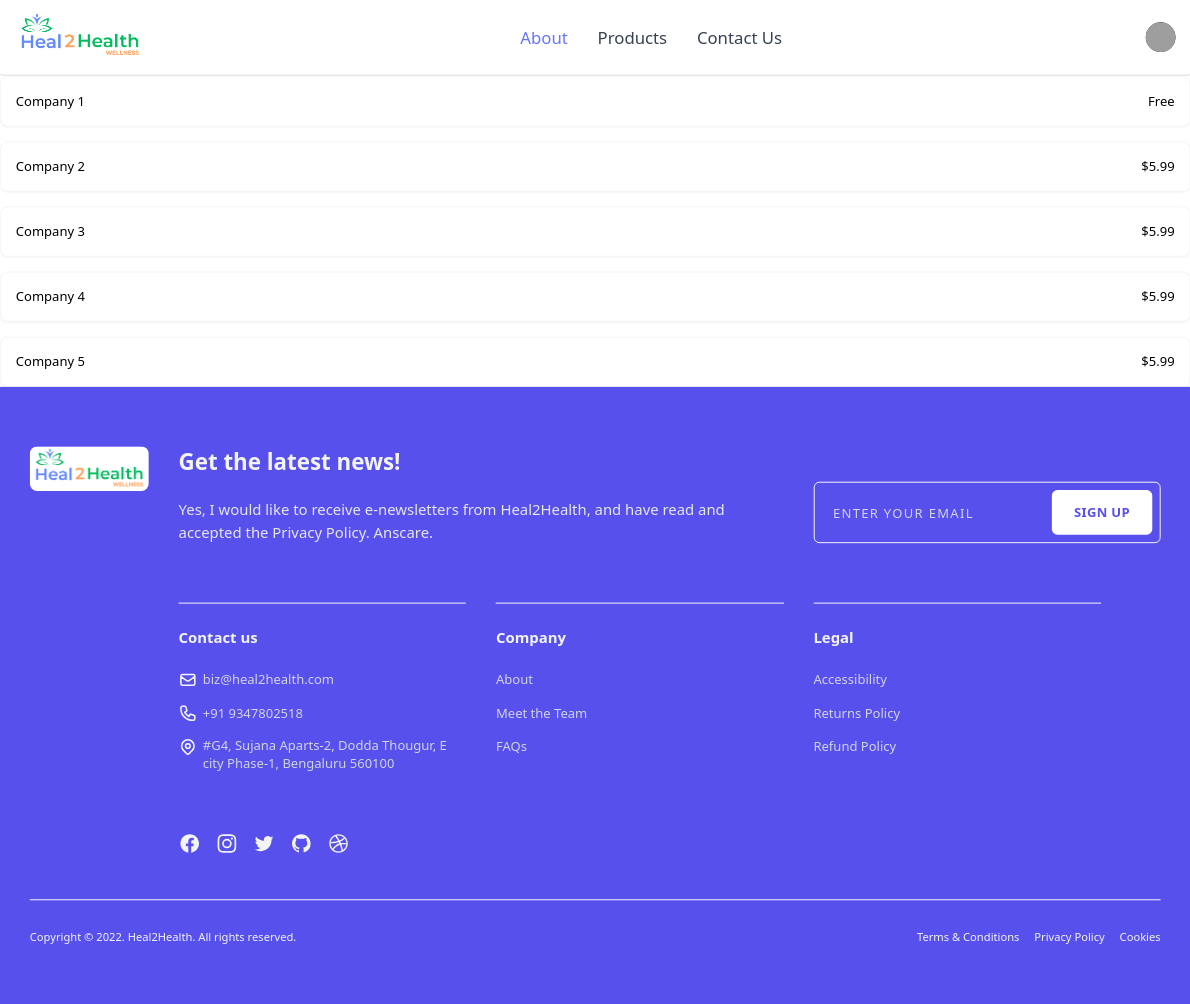
Repository: Akash123-coder/H2H
Page: /SignUp (app in Frontend/)
An editor plug-in stored every save of this project. The page is shown before and after the next save, followed by the edit.
The browser window is 1280 px wide. The pictures show the whole page, at 93% of full size.
Pictures or frames that could not be fetched are drawn as grey boxes. The project was rebuilt for these pictures with package versions that can differ from the ones it lists, and the page was loaded fresh each time. Also part of the build but not shown: Frontend/vite.config.ts, Frontend/src/pages/About.tsx, Frontend/src/components/Cta.jsx, Frontend/src/pages/Home.tsx, Frontend/src/components/Buttonsm.tsx, Frontend/src/components/Buttonrm.tsx, Frontend/src/components/Product.tsx, Frontend/src/pages/Prescription.jsx and 2 more.

Above is the page before, as saved 2022-09-27 17:17:16.

### Frontend/index.html
<!DOCTYPE html>
<html lang="en">
  <head>
    <meta charset="UTF-8" />
    <link rel="icon" type="image/svg+xml" href="/vite.svg" />
    <meta name="viewport" content="width=device-width, initial-scale=1.0" />
    <title>Heal2Health</title>
  </head>
  <body>
    <div id="root"></div>
    <script type="module" src="/src/main.tsx"></script>
  </body>
</html>

### Frontend/src/main.tsx
import React from 'react'
import ReactDOM from 'react-dom/client'
import App from './App'
import './index.css'
import {BrowserRouter} from 'react-router-dom'

ReactDOM.createRoot(document.getElementById('root') as HTMLElement).render(
  <React.StrictMode>
    <BrowserRouter>
    <App />
    </BrowserRouter>
  </React.StrictMode>
)

### Frontend/src/App.jsx
import { Routes, Route } from "react-router-dom";
import Navbar from "./components/Navbar.jsx";
import { ShoppingCartProvider } from "./context/ShoppingCartContext";
import About from "./pages/About";
import Home from "./pages/Home";
import Prescription from "./pages/Prescription";
import SignUp from "./pages/SignUp";
import Footer from "./components/Footer";
import Login from "./pages/Login";
import CompanyNameSelect from "./pages/CompanyNameSelect.jsx";

function App() {
  return (
    <ShoppingCartProvider>
      <Navbar />
      <Routes>
        <Route path="/" element={<Home />} />
        <Route path="/prescription" element={<Prescription />} />
        <Route path="/about" element={<About />} />
        <Route path="/login" element={<Login />} />
        <Route path="/SignUp" element={<CompanyNameSelect />} />
      </Routes>
      <Footer />
    </ShoppingCartProvider>
  );
}

export default App;

### Frontend/src/components/Navbar.jsx
import user from '../assets/user.png'
import { useState } from 'react'
import logo from '../assets/logo.png'
import {NavLink} from 'react-router-dom'

function Navbar() {
  const user = true;
    const [Active, setActive] = useState(true)
    const showMenu = () =>{
        setActive(!Active)
    }
  return (
    <div>
      <nav className="bg-white border-b-2  px-2 sm:px-4  py-2.5 rounded   dark:bg-gray-900 ">
        <div className="container flex flex-wrap justify-between items-center mx-auto">
          <a href="/" className="flex items-center ">
            <img
              src={logo}
              className="mr-3 h-16 lg:h-14 sm:h-12"
              alt="Flowbite Logo"
            />
          </a>
          <div className="flex items-center md:order-2">
            {user ? (
              <NavLink to="/login"
                type="button"
                className="flex mr-3 text-sm bg-gray-800 rounded-full md:mr-0 focus:ring-4 focus:ring-gray-300 dark:focus:ring-gray-600"
                id="user-menu-button"
                aria-expanded="false"
                data-dropdown-toggle="user-dropdown"
                data-dropdown-placement="bottom"
              >
                <span className="sr-only">Open user menu</span>
                <img
                  className="w-8 h-8 rounded-full"
                  src={user}
                  alt="user photo"
                />
              </NavLink>
            ) : (
               <NavLink
               to = "/SignUp"
              type="button"
              className="flex mr-3 text-sm bg-gray-800 rounded-full md:mr-0 focus:ring-4 focus:ring-gray-300 dark:focus:ring-gray-600"
              id="user-menu-button"
              aria-expanded="false"
              data-dropdown-toggle="user-dropdown"
              data-dropdown-placement="bottom"
            >
              <span className="sr-only">Open user menu</span>
              <img
                className="w-8 h-8 rounded-full"
                src={user}
                alt="user photo"
              />
            </NavLink>

            )}


            <button
              data-collapse-toggle="mobile-menu-2"
              type="button"
              className="  inlinkne-flex items-center p-2 ml-1 text-sm text-gray-500 rounded-lg md:hidden hover:bg-gray-100 focus:outlinkne-none focus:ring-2 focus:ring-gray-200 dark:text-gray-400 dark:hover:bg-gray-700 dark:focus:ring-gray-600"
              aria-controls="mobile-menu-2"
              aria-expanded="false"
            >
              <span className="sr-only">Open main menu</span>
              <svg
                className="w-6 h-6"
                aria-hidden="true"
                onClick={showMenu}
                fill="currentColor"
                viewBox="0 0 20 20"
                xmlns="http://www.w3.org/2000/svg"
              >
                <path
                  fill-rule="evenodd"
                  d="M3 5a1 1 0 011-1h12a1 1 0 110 2H4a1 1 0 01-1-1zM3 10a1 1 0 011-1h12a1 1 0 110 2H4a1 1 0 01-1-1zM3 15a1 1 0 011-1h12a1 1 0 110 2H4a1 1 0 01-1-1z"
                  clinkp-rule="evenodd"
                ></path>
              </svg>
            </button>
          </div>
          <div
            className={
              !Active
                ? " justify-between items-center w-full md:flex md:w-auto md:order-1 border-b-stone-500"
                : "hidden"
            }
            id="mobile-menu-2"
          >
            <ul className="flex flex-col p-4 mt-4  bg-gray-50 rounded-lg border border-gray-100 md:flex-row md:space-x-8 md:mt-0 md:text-sm md:font-medium md:border-0 md:bg-white dark:bg-gray-800 md:dark:bg-gray-900 dark:border-gray-700">
              <NavLink to="/">
                <a
                  className="block py-2 pr-4 pl-3 text-lg text-white bg-indigo-700 rounded md:bg-transparent md:text-indigo-700 md:p-0 dark:text-white"
                  aria-current="page "
                  onClick={showMenu}
                >
                  About
                </a>
              </NavLink>
              {/* <NavLink to="/about">
                <a
                  className="block py-2 pr-4 pl-3 text-lg text-gray-700 rounded hover:bg-gray-100 md:hover:bg-transparent md:hover:text-indigo-700 md:p-0 dark:text-gray-400 md:dark:hover:text-white dark:hover:bg-gray-700 dark:hover:text-white md:dark:hover:bg-transparent dark:border-gray-700"
                  onClick={showMenu}
                >
                  About
                </a>
              </NavLink> */}

              <NavLink to="/Prescription">
                <a
                  href="#"
                  className="block py-2 pr-4 pl-3 text-lg text-gray-700 rounded hover:bg-gray-100 md:hover:bg-transparent md:hover:text-indigo-700 md:p-0 dark:text-gray-400 md:dark:hover:text-white dark:hover:bg-gray-700 dark:hover:text-white md:dark:hover:bg-transparent dark:border-gray-700"
                  onClick={showMenu}
                >
                  Products
                </a>
              </NavLink>

              <a
                href="#contact"
                className="block py-2 pr-4 pl-3 text-lg text-gray-700 rounded hover:bg-gray-100 md:hover:bg-transparent md:hover:text-indigo-700 md:p-0 dark:text-gray-400 md:dark:hover:text-white dark:hover:bg-gray-700 dark:hover:text-white md:dark:hover:bg-transparent dark:border-gray-700"
                onClick={showMenu}
              >
                Contact Us
              </a>
            </ul>
          </div>
          <div
            className={
              "hidden justify-between  items-center w-full md:flex md:w-auto md:order-1"
            }
            id="mobile-menu-2"
          >
            <ul className="flex flex-col p-4 mt-4  bg-gray-50 rounded-lg border border-gray-100 md:flex-row md:space-x-8 md:mt-0 md:text-sm md:font-medium md:border-0 md:bg-white dark:bg-gray-800 md:dark:bg-gray-900 dark:border-gray-700">
              <NavLink to="/">
                <a
                  href="#"
                  className="block py-2 pr-4 pl-3 text-lg text-white bg-indigo-700 rounded md:bg-transparent md:text-indigo-500 md:p-0 dark:text-white"
                  aria-current="page"
                >
                  About
                </a>
              </NavLink>
              {/* <NavLink to="/about">
                <a
                  href="#"
                  className="block py-2 pr-4 pl-3 text-gray-700 rounded text-lg hover:bg-gray-100 md:hover:bg-transparent md:hover:text-indigo-700 md:p-0 dark:text-gray-400 md:dark:hover:text-white dark:hover:bg-gray-700 dark:hover:text-white md:dark:hover:bg-transparent dark:border-gray-700"
                >
                  About
                </a>
              </NavLink> */}

              <NavLink to="/prescription">
                <a
                  href="#"
                  className="block py-2 pr-4 pl-3 text-gray-700 rounded text-lg hover:bg-gray-100 md:hover:bg-transparent md:hover:text-indigo-500 md:p-0 dark:text-gray-400 md:dark:hover:text-white dark:hover:bg-gray-700 dark:hover:text-white md:dark:hover:bg-transparent dark:border-gray-700"
                >
                  Products
                </a>
              </NavLink>
              <a
                href="#contact"
                className="block py-2 pr-4 pl-3 text-gray-700 rounded text-lg hover:bg-gray-100 md:hover:bg-transparent md:hover:text-indigo-500 md:p-0 dark:text-gray-400 md:dark:hover:text-white dark:hover:bg-gray-700 dark:hover:text-white md:dark:hover:bg-transparent dark:border-gray-700"
              >
                Contact Us
              </a>
            </ul>
          </div>
        </div>
      </nav>
    </div>
  );
}

export default Navbar

### Frontend/src/context/ShoppingCartContext.tsx
import {useContext ,useState, createContext ,ReactNode} from 'react'

const ShoppingCartContext = createContext({})

type ShoppingCartProviderProps ={
    children: ReactNode
}
type CartItem = {
    id: number
    quantity:number
}


type ShoppingCartContext ={
    CartQuantity:number
    CartItems:CartItem[]
    getItemQuantity:(id: number) => number
    increaseItemQuantity:(id: number) => void
    decreaseItemQuantity:(id: number) => void
    removeFromCart:(id: number) => void
}

export function useShoppingCart() {
  return ( useContext(ShoppingCartContext)
  )
}

export function ShoppingCartProvider({children}:ShoppingCartProviderProps){
    const [cartItems ,setCartItems] = useState<CartItem>([]);

    const CartQuantity = cartItems.reduce(
        (quantity ,item) => item.quantity + quantity,0
    )

    function getItemQuantity(id : number){
        return cartItems.find( item => item.id === id)?.quantity || 0
    }
    function increaseItemQuantity(id : number){
         setCartItems(currItems =>{
            if(currItems.find(item => item.id === id)==null){
                return [...currItems, {id , quantity : 1}]

            } else {
                return currItems.map(item =>{
                    if(item.id === id ){
                        return {...item ,quantity: item.quantity + 1}
                    }else{
                        return item
                    }
                })
            }
         })
    }
    function decreaseItemQuantity(id: number) {
        setCartItems(currItems => {
          if (currItems.find(item => item.id === id)?.quantity === 1) {
            return currItems.filter(item => item.id !== id)
          } else {
            return currItems.map(item => {
              if (item.id === id) {
                return { ...item, quantity: item.quantity - 1 }
              } else {
                return item
              }
            })
          }
        })
      }
    function removeFromCart(id : number){
        setCartItems(currItems =>{
            return currItems.filter(item =>item.id!==id)
        })
    }
    return (

        <ShoppingCartContext.Provider value = {{getItemQuantity,increaseItemQuantity,decreaseItemQuantity ,removeFromCart,cartItems,CartQuantity}}>
            {children}
        </ShoppingCartContext.Provider>
    )
}

### Frontend/src/pages/CompanyNameSelect.jsx
import React from 'react'

function CompanyNameSelect() {
  return (
    <div>
      <div class="space-y-4 ">
        <div>
          <input
            class="hidden peer"
            type="radio"
            name="shippingOption"
            value="1"
            id="1"
          />

          <label
            class="flex items-center justify-between p-4 text-sm font-medium transition-colors border border-gray-100 rounded-lg shadow-sm cursor-pointer peer-checked:border-blue-500 hover:bg-gray-50 peer-checked:ring-1 peer-checked:ring-blue-500"
            for="1"
          >
            <span> Company 1 </span>

            <span> Free </span>
          </label>
        </div>

        <div>
          <input
            class="hidden peer"
            type="radio"
            name="shippingOption"
            value="2"
            id="2"
          />

          <label
            class="flex items-center justify-between p-4 text-sm font-medium transition-colors border border-gray-100 rounded-lg shadow-sm cursor-pointer peer-checked:border-blue-500 hover:bg-gray-50 peer-checked:ring-1 peer-checked:ring-blue-500"
            for="2"
          >
            <span> Company 2 </span>

            <span> $5.99 </span>
          </label>
        </div>
        <div>
          <input
            class="hidden peer"
            type="radio"
            name="shippingOption"
            value="3"
            id="3"
          />

          <label
            class="flex items-center justify-between p-4 text-sm font-medium transition-colors border border-gray-100 rounded-lg shadow-sm cursor-pointer peer-checked:border-blue-500 hover:bg-gray-50 peer-checked:ring-1 peer-checked:ring-blue-500"
            for="3"
          >
            <span> Company 3 </span>

            <span> $5.99 </span>
          </label>
        </div>
        <div>
          <input
            class="hidden peer"
            type="radio"
            name="shippingOption"
            value="4"
            id="4"
          />

          <label
            class="flex items-center justify-between p-4 text-sm font-medium transition-colors border border-gray-100 rounded-lg shadow-sm cursor-pointer peer-checked:border-blue-500 hover:bg-gray-50 peer-checked:ring-1 peer-checked:ring-blue-500"
            for="4"
          >
            <span> Company 4 </span>

            <span> $5.99 </span>
          </label>
        </div>
        <div>
          <input
            class="hidden peer"
            type="radio"
            name="shippingOption"
            value="5"
            id="5"
          />

          <label
            class="flex items-center justify-between p-4 text-sm font-medium transition-colors border border-gray-100 rounded-lg shadow-sm cursor-pointer peer-checked:border-blue-500 hover:bg-gray-50 peer-checked:ring-1 peer-checked:ring-blue-500"
            for="5"
          >
            <span> Company 5 </span>

            <span> $5.99 </span>
          </label>
        </div>
      </div>
    </div>
  );
}

export default CompanyNameSelect

### Frontend/tailwind.config.cjs
/** @type {import('tailwindcss').Config} */
module.exports = {
  content: [
    "./src/**/*.{js,jsx,ts,tsx}",
    "node_modules/flowbite-react/**/*.{js,jsx,ts,tsx}",
  ],
  theme: {
    extend: {},
  },
  plugins: [require("flowbite/plugin"), require("@tailwindcss/forms")],
};

Loaded but not shown: Frontend/src/index.css (common file); Frontend/src/components/Footer.jsx (300 lines, source omitted)

After the next save:
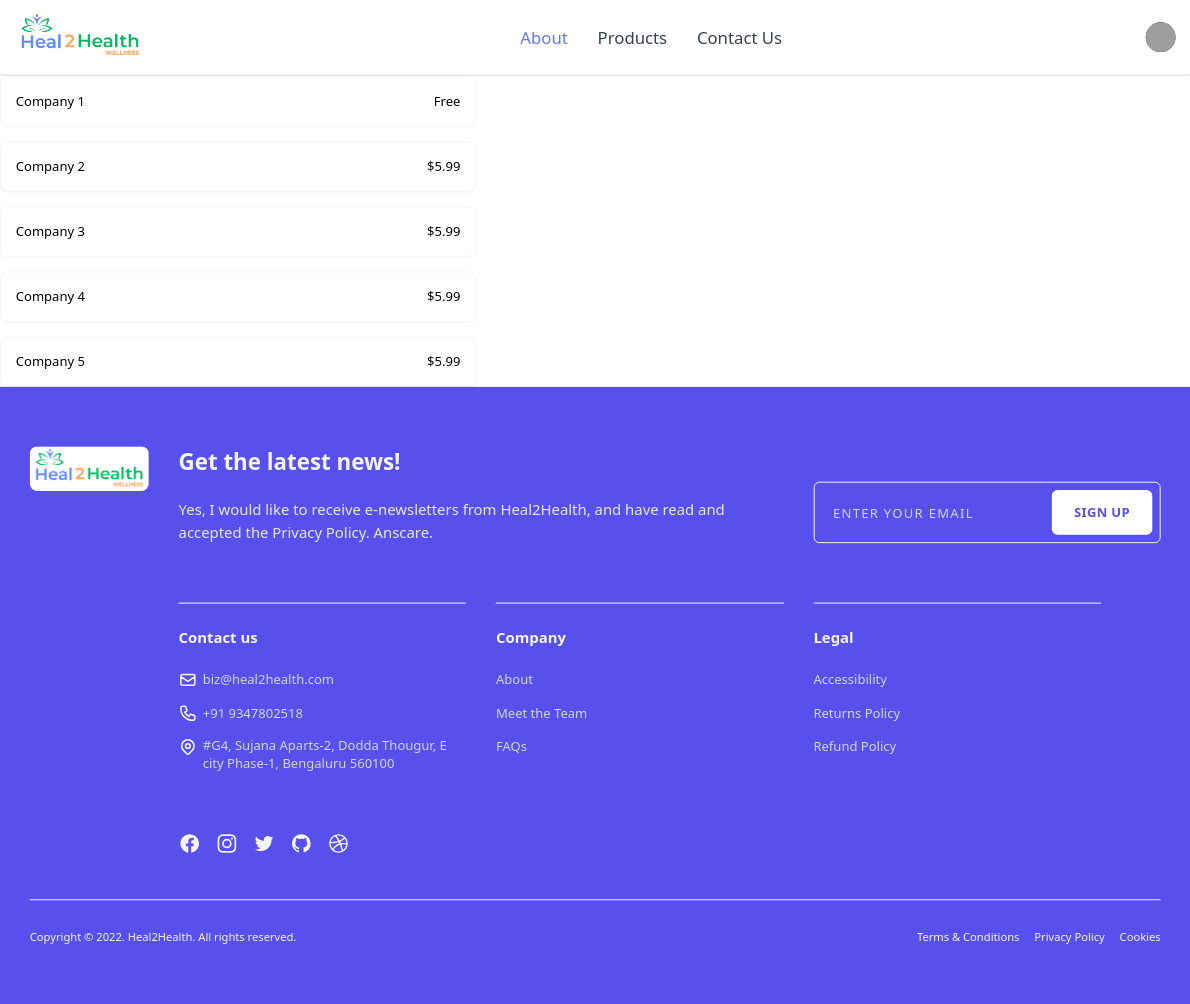
Saved 20 s later.
--- a/Frontend/src/pages/CompanyNameSelect.jsx
+++ b/Frontend/src/pages/CompanyNameSelect.jsx
@@ -3,7 +3,7 @@ import React from 'react'
 function CompanyNameSelect() {
   return (
     <div>
-      <div class="space-y-4 ">
+      <div class="space-y-4 max-w-lg">
         <div>
           <input
             class="hidden peer"
